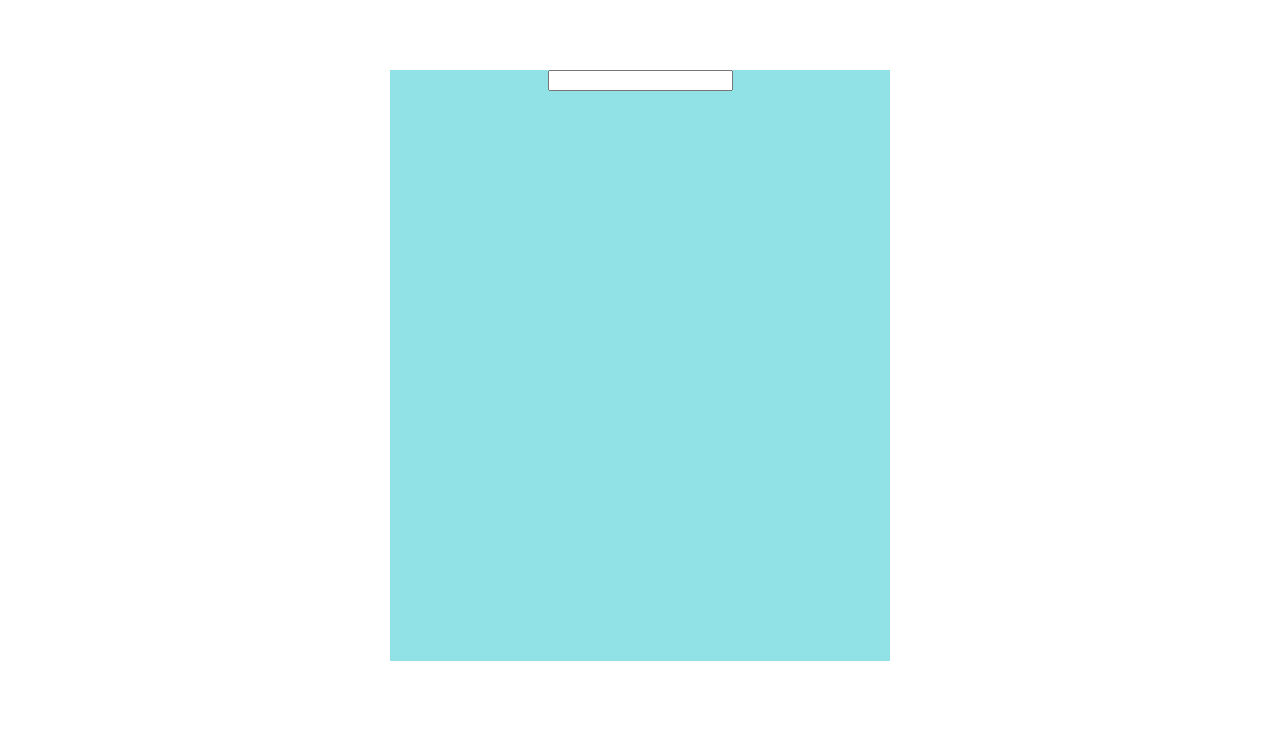
Repository: WajihaGul/Weather-App
Page: /
These files come from the project's save history. The page is drawn as it stood at one moment and after the next save; the edit follows.
The browser window is 1280 px wide. The pictures show the whole page.
The project was rebuilt for these pictures with package versions that can differ from the ones it lists, and the page was loaded fresh each time. Also part of the build but not shown: src/index.css.

Above is the page before, as saved 2024-05-29 16:06:34.

### src/App.js
import Weather from "./Components/Weather/Weather";
function App() {
  return <Weather />;
}

export default App;

### src/Components/Weather/Weather.jsx
import styles from "./Weather.module.css";
const Weather = () => {
  return (
    <>
      <div className={styles.divhead}>
        <div>
          <input type="search" />
        </div>
      </div>
    </>
  );
};

export default Weather;

### src/Components/Weather/Weather.module.css
.divhead{
    height: 591px;
    width: 500px;
    background-color:#91e2e6;
    margin: 0 auto;
    margin-top: 70px;
    margin-bottom: 70px;
    display: flex;
    flex-direction: column;
    align-items: center;
}

Loaded but not shown: public/index.html (common file); src/index.js (common file); src/reportWebVitals.js (common file)

After the next save:
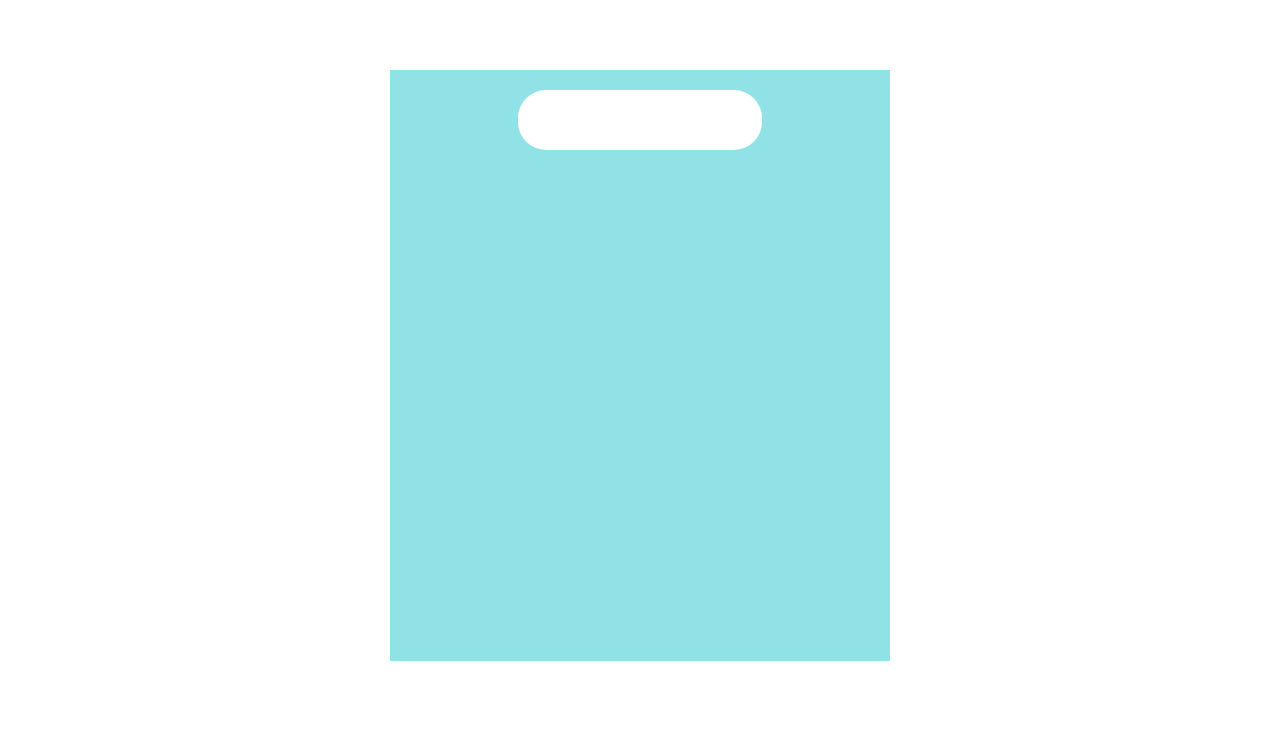
Saved 2 min 58 s later.
--- a/src/Components/Weather/Weather.jsx
+++ b/src/Components/Weather/Weather.jsx
@@ -4,7 +4,7 @@ const Weather = () => {
     <>
       <div className={styles.divhead}>
         <div>
-          <input type="search" />
+          <input className={styles.search} type="search" />
         </div>
       </div>
     </>
--- a/src/Components/Weather/Weather.module.css
+++ b/src/Components/Weather/Weather.module.css
@@ -9,3 +9,10 @@
     flex-direction: column;
     align-items: center;
 }
+.search{
+    margin-top: 20px;
+    width: 244px;
+    height: 60px;
+    border: none;
+    border-radius: 28px;
+}
